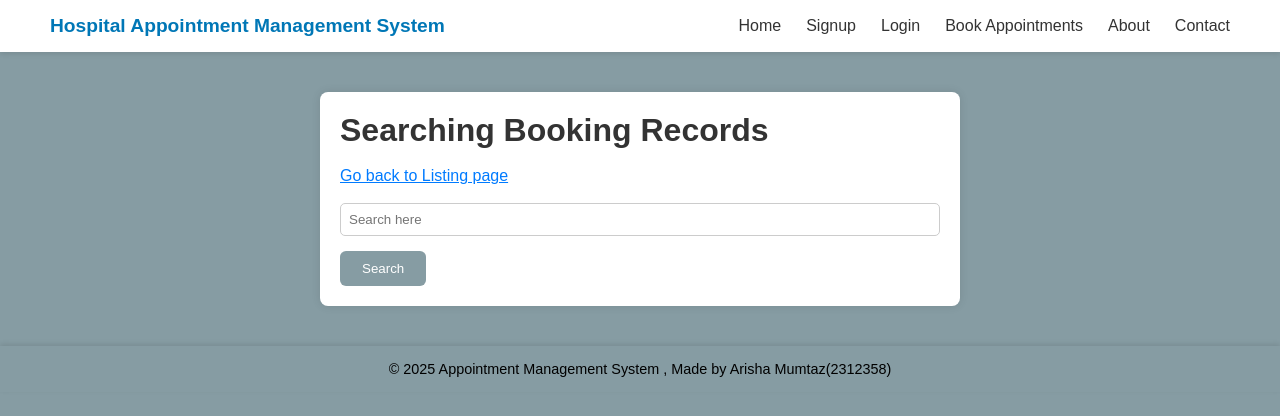
Repository: Arisha004/Hospital-Appointment-Management-System
Page: http://localhost/searching.php
An editor plug-in stored every save of this project. The page is shown before and after a run of saves, followed by the edit.
The browser window is 1280 px wide. The pictures show the whole page.
The page is run by PHP 8.4 with error messages shown; the project is at /var/www/html/.

Above is the page before, as saved 2025-10-26 22:37:20.

### searching.php

<?php
include 'db.php';
  if(isset($_GET['search'])){
    $filteredvalues=$_GET['search'];
    $sql = "SELECT * FROM appointments
        WHERE CONCAT(full_name, ' ', email) LIKE '%$filteredvalues%'";
    $result=$conn->query($sql);

    }
/*When the user types something in the search box,
e.g., "Arisha", and submits the form with method="get", it goes into the URL: searching.php?search=Arisha
$_GET['search'] fetches that value from the URL.
$filteredvalues now holds the string "Arisha".*/

?>
<html>
    <head>
        <link rel="stylesheet" href="style2.css">
        <style>

 table{
    width: 70%;
    border-collapse: collapse;
    margin-top: 20px;
    margin-left: 160px;
    background-color: #ddd;

  }
  th, td {
    padding: 12px;
    text-align: left;
    border: 1px solid black;
  }
  tr:hover {background-color: #f1f1f1;}
  a{
      color: #007bff;
  }



        </style>
    </head>
    <body>
 <header class="navbar">
    <div class="logo">Hospital Appointment Management System</div>
    <nav>
      <ul>
        <li><a href="landingpage.html">Home</a></li>
          <li><a href="signup.php">Signup</a></li>
        <li><a href="login.php">Login</a></li>
        <li><a href="index.php">Book Appointments</a></li>
        <li><a href="about.html">About</a></li>
        <li><a href="contact.html">Contact</a></li>
      </ul>
    </nav>
  </header>


        <form action="" method="get">
<div class="container1">
    <h1>Searching Booking Records </h1> <br>
      <p><a href="list.php"> Go back to Listing page</a></p><br>


    <input type="text" name="search" required value="<?php if(isset($_GET['search'])){
    echo $_GET['search'];
}?>" placeholder="Search here">
    <button type="submit">Search</button>

</div>
</form>


<?php
if (isset($result) && $result->num_rows > 0){

echo "<table border='1' cellpadding='10'>";
  echo   "<tr>
    <th>ID</th>
    <th>Name</th>
    <th>Email</th>


    </tr>";

    while($items = $result->fetch_assoc()) {


        echo "<tr>";

    echo "<td>".$items["id"]."</td>";
    echo "<td>".$items["full_name"]."</td>";
    echo "<td>".$items["email"]."</td>";
       echo "</tr>";

        }

    echo "</table>";
   }
    elseif (isset($_GET['search'])){
      echo "<br>";
        echo "No Record Found";
    }

?>

 <footer>
    <p>© 2025 Appointment Management System , Made by Arisha Mumtaz(2312358)</p>
  </footer>
    </body>
</html>

### db.php
<?php

$servername = "localhost";
$username = "root";
$password = "";
$dbname="midterm";

$conn=new mysqli($servername, $username, $password,$dbname);
if($conn->connect_error){
    die("Connection failed: " . $conn->connect_error);
}


?>

### style2.css
  /* Reset and fonts */
* {
  margin: 0;
  padding: 0;
  box-sizing: border-box;
  font-family: 'Poppins', sans-serif;
}

body {
  background: #869CA3;
  color: #333;
}
  .container1 { width: 50%; margin: 40px auto; background: #fff; padding: 20px; border-radius: 8px; box-shadow: 0 0 10px rgba(0,0,0,0.1); }
  h2 { text-align: center; color: #869CA3; }
  label { font-weight: bold; display: block; margin-bottom: 5px; }
  input, select, textarea {
      width: 100%;
      padding: 8px;
      margin-bottom: 15px;
      border: 1px solid #ccc;
      border-radius: 5px;
  }
 /* Footer */
footer {
  text-align: center;
  padding: 15px;
  background-color:#869CA3;
        color: black;
  box-shadow: 0 -2px 5px rgba(0,0,0,0.1);
  font-size: 0.9rem;

}
label span {
  color: red;
}

/* Navbar */
.navbar {
  display: flex;
  justify-content: space-between;
  align-items: center;
  padding: 15px 50px;
  background: #fff;
  box-shadow: 0 2px 5px rgba(0,0,0,0.1);
  position: sticky;
  top: 0;
  z-index: 10;
}

.navbar .logo {
  font-weight: 700;
  font-size: 1.2rem;
  color: #0077b6;
}

.navbar ul {
  display: flex;
  list-style: none;
}

.navbar ul li a {
  text-decoration: none;
  color: #333;
  margin-left: 25px;
  transition: 0.3s;
}

.navbar ul li a:hover {
  color: #0077b6;
}

  button{

  display: inline-block;
  background-color: #869CA3;
  color: #fff;
  padding: 10px 22px;
  border: none;
  border-radius: 6px;
  cursor: pointer;
  font-weight: 500;

  transition: 0.3s;
   text-align: center;
}

button:hover {
  background-color: #7498a3;
  transform: translateY(-2px);
}

  input[type=submit] {
      background-color: #007bff;
      color: white;
      border: none;
      padding: 10px 15px;
      cursor: pointer;
      border-radius: 5px;
  }
  input[type=submit]:hover {
      background-color: #0056b3;
  }
  select[name="status"] {
    background-color: #f8f9fa;
    color: #495057;
    padding: 8px;
    margin-bottom: 15px;
    border: 1px solid #ced4da;
    border-radius: 5px;
    width: 100%;
}

select[name="status"] option[value="Pending"] { color: #ffc107; }
select[name="status"] option[value="Confirmed"] { color: #28a745; }
select[name="status"] option[value="Cancelled"] { color: #dc3545; }
select[name="status"] option[value="Completed"] { color: #17a2b8; }

After the next 3 saves:
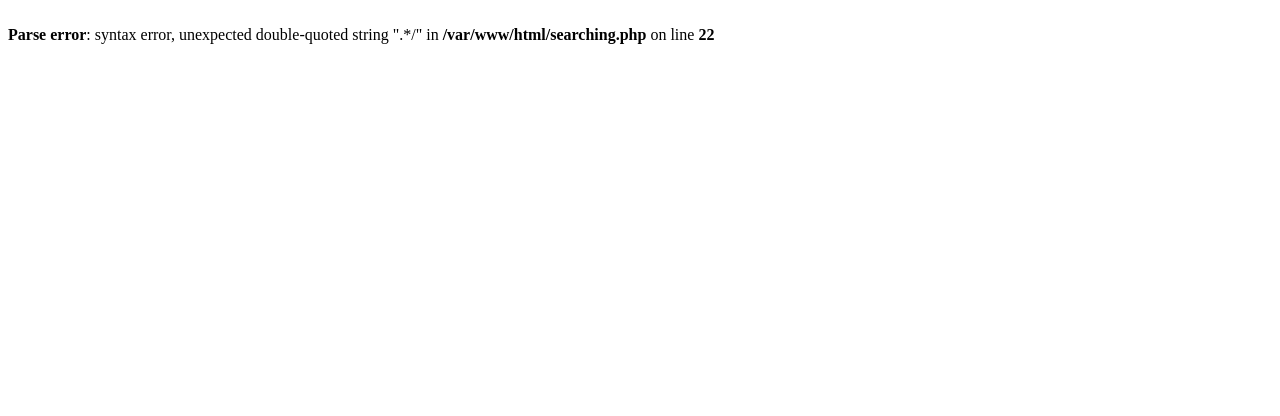
The 3 saves are shown as one change because they came seconds apart.
The last was saved 7 s later.
--- a/searching.php
+++ b/searching.php
@@ -11,7 +11,10 @@ include 'db.php';
 /*When the user types something in the search box,
 e.g., "Arisha", and submits the form with method="get", it goes into the URL: searching.php?search=Arisha
 $_GET['search'] fetches that value from the URL.
-$filteredvalues now holds the string "Arisha".*/
+$filteredvalues now holds the string "A
+/*isset() is a built-in PHP function.
+It checks if a variable exists and is not null.*/risha".*/
+
 
 ?>
 <html>
